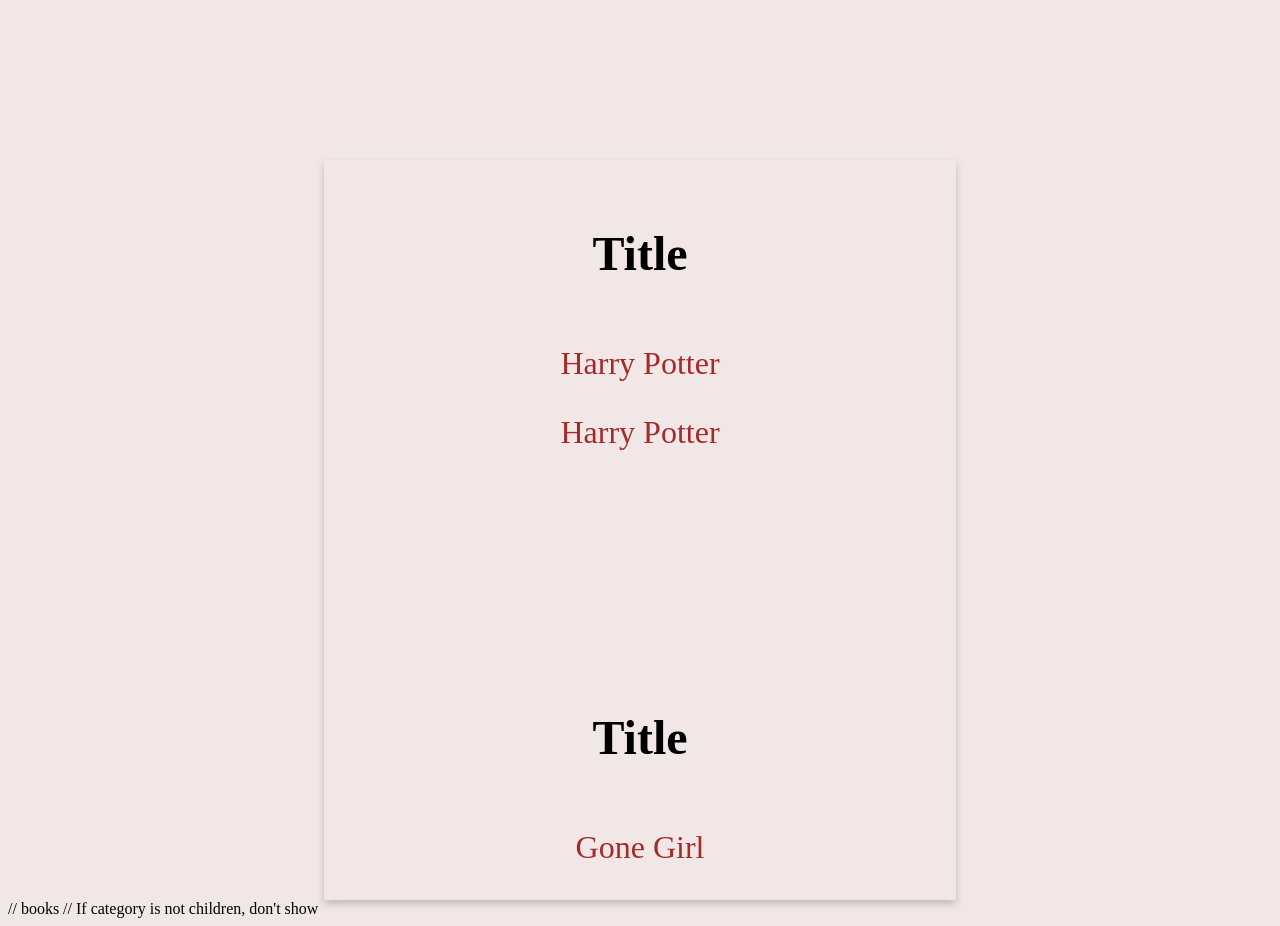
Repository: cyborgEneki/archangel-code-challenge
Page: index.html
The author's editor kept a copy of each file at every save. The page is drawn from the files as they stood at one save, then again after the next save.
The browser window is 1280 px wide. The pictures show the whole page.
The style sheet was rebuilt from its Sass, Less or Tailwind sources for each picture, by a compiler version that may differ from the author's.

Above is the page before, as saved 2020-11-05 14:07:42.

After the next save:
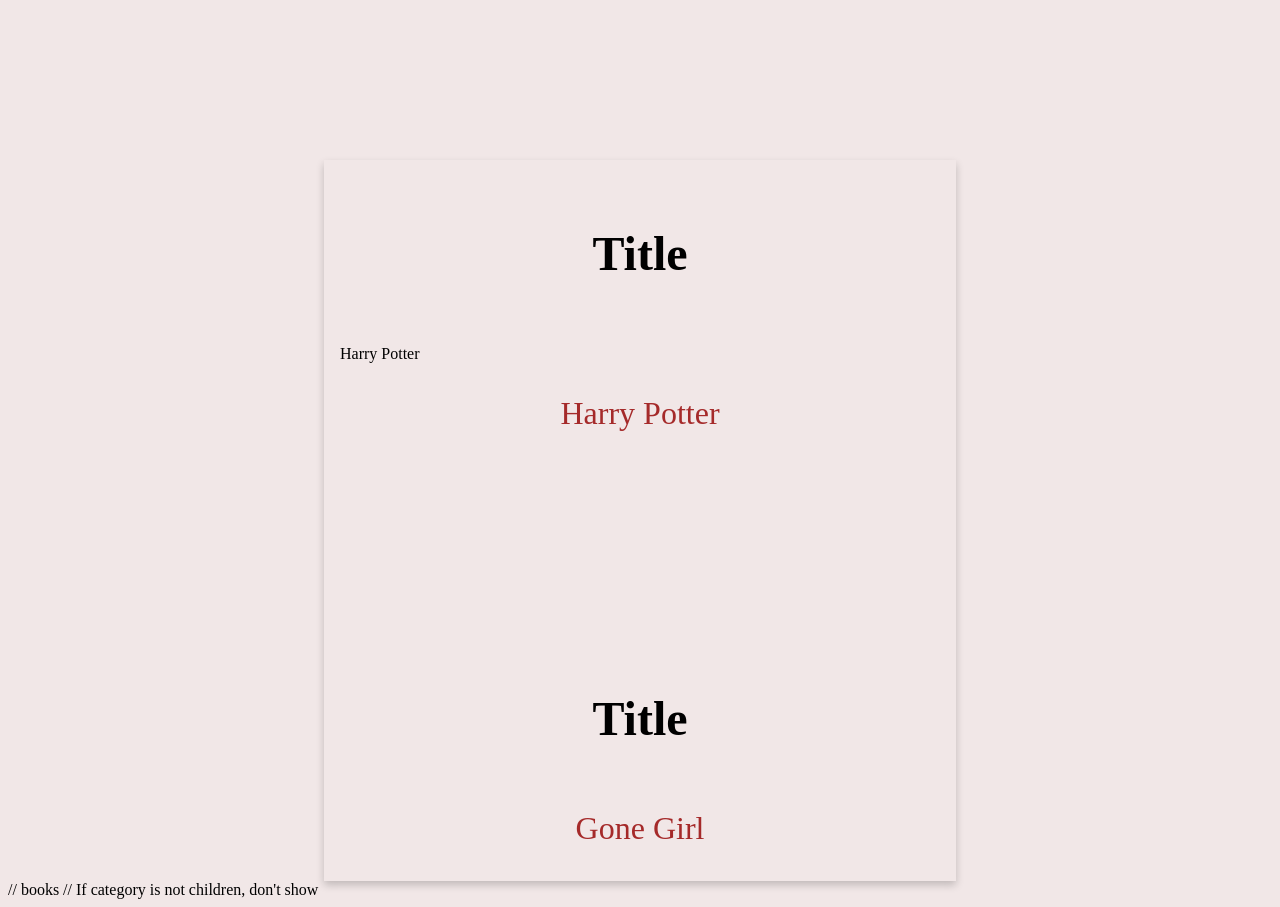
Saved 6 s later.
--- a/index.html
+++ b/index.html
@@ -13,7 +13,7 @@
             <div class="card">
                 <div class="card__container">
                     <h4 class="card__heading"><b>Title</b></h4>
-                    <p class="card__text">Harry Potter</p>
+                    <p class="card__title-text">Harry Potter</p>
                     <p class="card__text">Harry Potter</p>
                 </div>
                 <div class="card__container">
